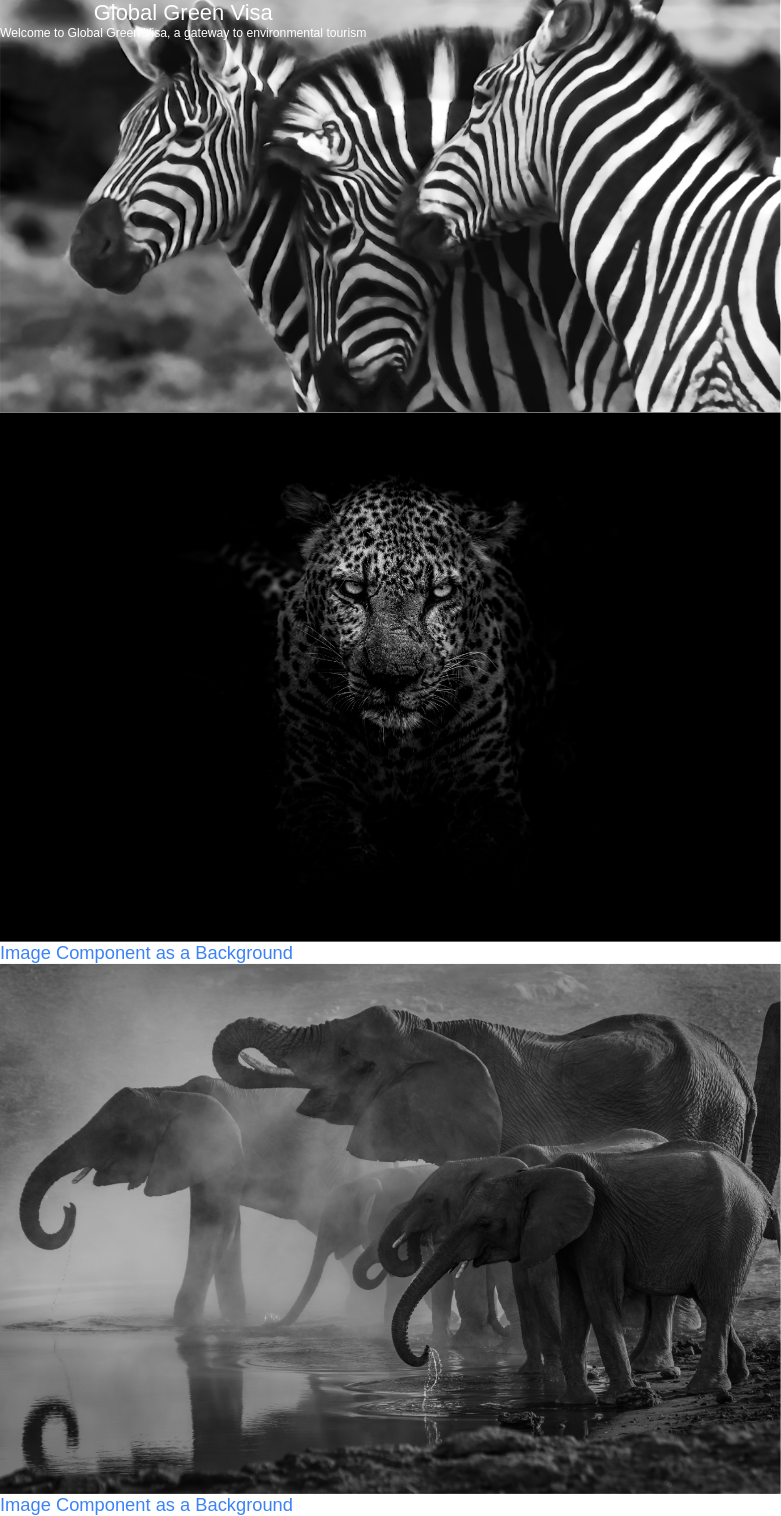
Repository: BrightonMboya/ggv-landingPage
Page: /
An editor plug-in stored every save of this project. The page is shown before and after the next save, followed by the edit.
The browser window is 1280 px wide. The pictures show the whole page, at 61% of full size.
The project was rebuilt for these pictures with package versions that can differ from the ones it lists, and the page was loaded fresh each time. The framework's server and built-in components were replaced by stand-ins that run in the browser. Also part of the build but not shown: next.config.js.

Above is the page before, as saved 2022-06-13 19:53:26.

### pages/index.js
import React from "react";
import styles from "../styles/Home.module.css";
import HomePage from "./HomePage";
import AboutUs from "./AboutUs";
import Contactus from "./Contactus";

// const index = () => {
//   return (
//     <React.Fragment>
//       <div className={`${styles.global} ${styles.container}`}>
//         <section className={`${styles.section}`}>
//           <HomePage />
//         </section>
//         <section className={`${styles.section}`}>
//           <AboutUs />
//         </section>
//         <section className={`${styles.section} ${styles.three}`}>
//           <Contactus />
//         </section>
//       </div>
//     </React.Fragment>
//   );
// };

const index = () => {
  return (
    <React.Fragment>
      <div className={styles.global}>
        <div className={styles.container}>
          <section className={styles.section}>
            <HomePage />
          </section>
          <section className={styles.section}>
            <AboutUs />
          </section>
          <section className={styles.section}>
            <Contactus />
          </section>
        </div>
      </div>
    </React.Fragment>
  );
};

export default index;

### styles/Home.module.css
.global {
  margin: 0;
  padding: 0;
  box-sizing: border-box;
  font-family: sans-serif;
  /* border: 2px solid yellow; */
}
.section {
  /* height: 100vh; */
  display: flex;
  justify-content: center;
  align-items: center;
  scroll-snap-align: start;
}

.container {
  scroll-snap-type: y mandatory;
  overflow-y: scroll;
  /* height: 100vh; */
  /* border: 2px solid red; */
}

.bgWrap {
  /* position: fixed; */
  /* height: 100vh; */
  /* min-height: 80vh; */
  width: 100vw;
  overflow: hidden;
  z-index: -1;
  background-size: cover;
  -webkit-background-size: cover;
  -moz-background-size: cover;
  -moz-background-size: cover;
  background: center no-repeat;
}

.bg {
  max-width: 100%;
  position: relative;
}

/* @media and (max-width: 480px) {
} */

### pages/HomePage.js
import React from "react";
import styles from "../styles/Home.module.css";
import Image from "next/image";

const HomePage = () => {
  return (
    <div>
      <div className={`${styles.bgWrap} ${styles.bg}`}>
        <Image
          src="/home.jpg"
          layout="responsive"
          width={900}
          height={475}
          objectFit="cover"
          quality={100}
        />
      </div>

      <div className="flex flex-col items-center justify-center absolute top-0 left-0">
        <h2 className="text-white text-4xl">Global Green Visa</h2>
        <p className="text-white text-xl">
          Welcome to Global Green Visa, a gateway to environmental tourism
        </p>
      </div>
    </div>
  );
};

export default HomePage;

### pages/AboutUs.js
import Image from "next/image";
import styles from "../styles/Home.module.css";
// import home from "./assets/home.jpg";

const AboutUs = () => {
  return (
    <div>
      <div className={styles.bgWrap}>
        <Image
          src="/about.jpg"
          layout="responsive"
          // objectFit="cover"
          quality={100}
          width={700}
          height={475}
        />
      </div>
      <p className="text-blue-500 text-3xl">Image Component as a Background</p>
    </div>
  );
};

export default AboutUs;

### pages/Contactus.js
import React from "react";
import Image from "next/image";
import styles from "../styles/Home.module.css";

const Contactus = () => {
  return (
    <div>
      <div className={styles.bgWrap}>
        <Image
          src="/contact.jpg"
          layout="responsive"
          objectFit="cover"
          quality={100}
          width={700}
          height={475}
        />
      </div>
      <p className="text-blue-500 text-3xl">Image Component as a Background</p>
    </div>
  );
};

export default Contactus;

### tailwind.config.js
module.exports = {
  content: [
    "./pages/**/*.{js,ts,jsx,tsx}",
    "./components/**/*.{js,ts,jsx,tsx}"
  ],
  theme: {
    extend: {
      colors: {
        black: "#000107",
        slate: "#E3F1EF"
      }
    }
  },
  plugins: []
};

Loaded but not shown: pages/_app.js (common file); styles/globals.css (common file)

After the next save:
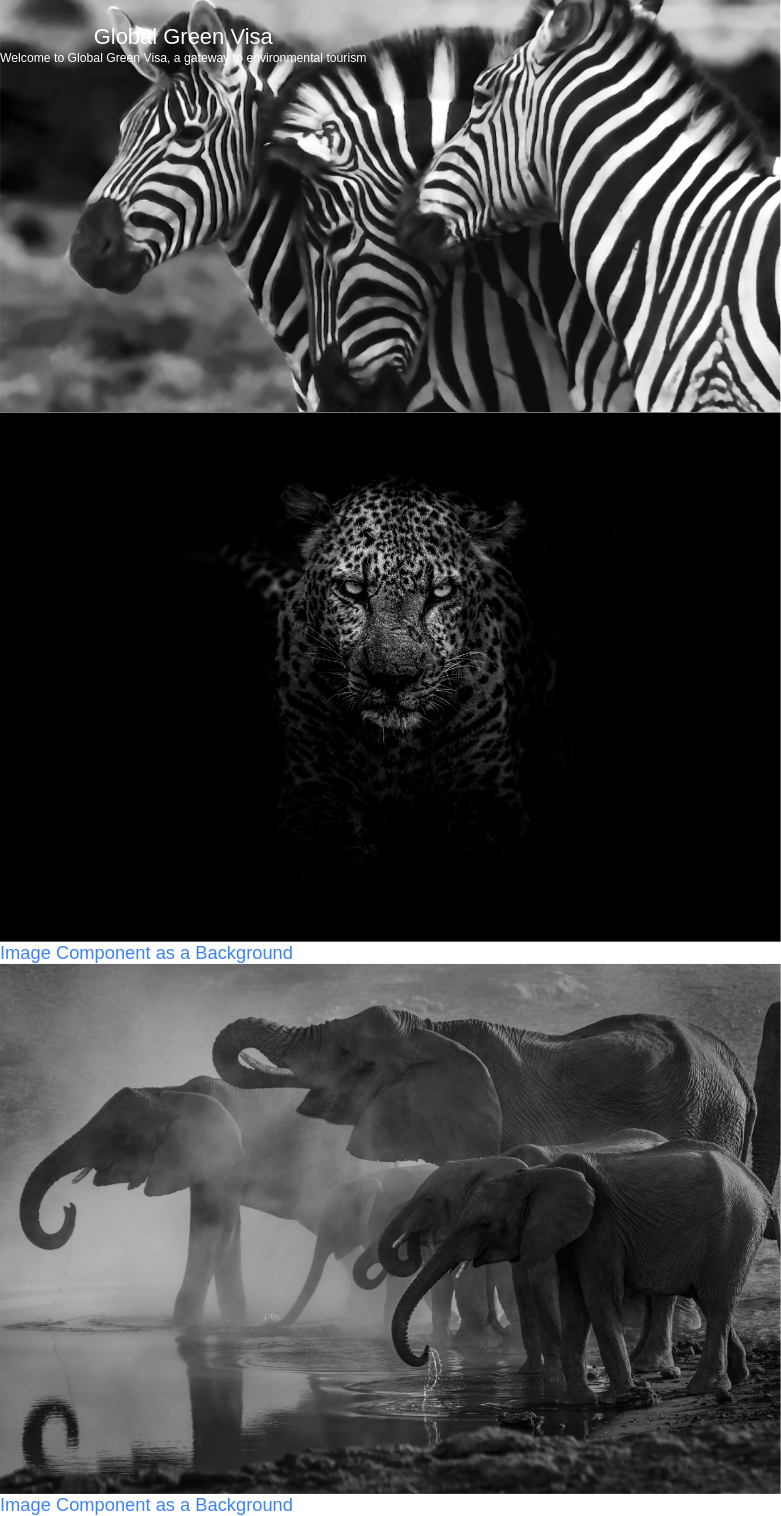
Saved 34 s later.
--- a/pages/HomePage.js
+++ b/pages/HomePage.js
@@ -16,9 +16,9 @@
         />
       </div>
 
-      <div className="flex flex-col items-center justify-center absolute top-0 left-0">
+      <div className="flex flex-col items-center justify-center absolute top-0 left-0 mt-10">
         <h2 className="text-white text-4xl">Global Green Visa</h2>
-        <p className="text-white text-xl">
+        <p className="text-white text-xl text-center">
           Welcome to Global Green Visa, a gateway to environmental tourism
         </p>
       </div>

After the save that followed:
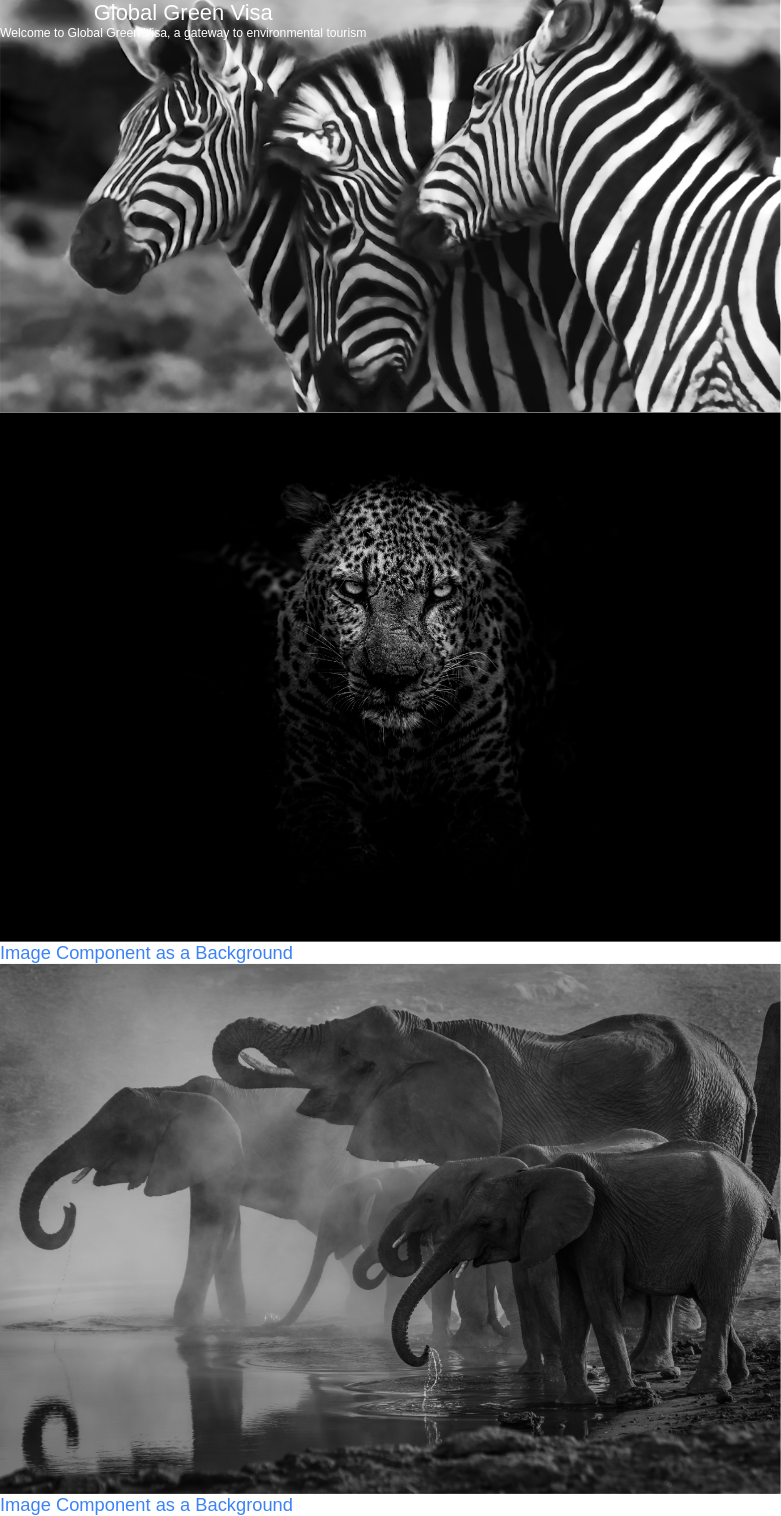
Saved 7 s later.
--- a/pages/HomePage.js
+++ b/pages/HomePage.js
@@ -16,7 +16,7 @@
         />
       </div>
 
-      <div className="flex flex-col items-center justify-center absolute top-0 left-0 mt-10">
+      <div className="flex flex-col items-center justify-center absolute top-0 left-0">
         <h2 className="text-white text-4xl">Global Green Visa</h2>
         <p className="text-white text-xl text-center">
           Welcome to Global Green Visa, a gateway to environmental tourism
